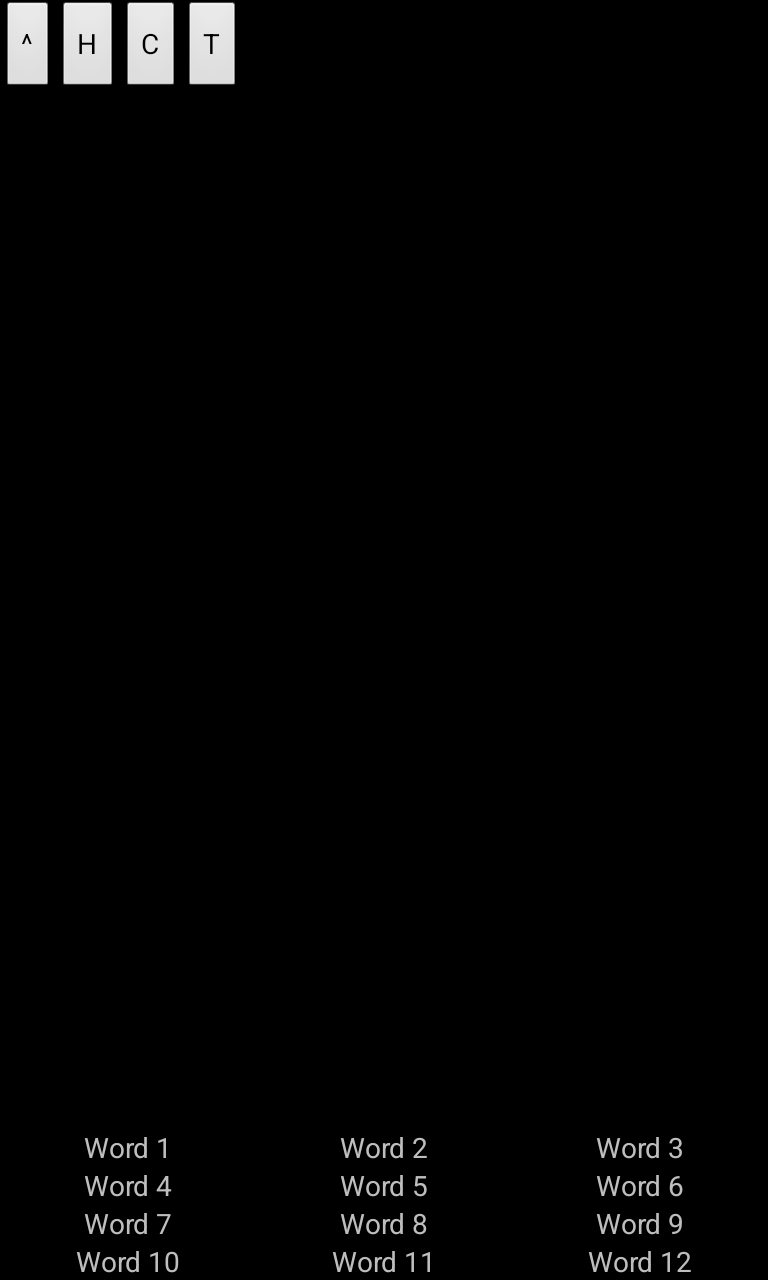
Repository: simplesns/workspace
Layout: eclipse/DEPuzzles/res/layout/wordsearch.xml
These files come from the project's save history. The layout is drawn as it stood at one moment and after the next save; the edit follows.
Pictures or frames that could not be fetched are drawn as grey boxes. It is drawn on a 768 x 1280 px phone screen (xhdpi) without system bars, with theme android:Theme; the app's code is not run.

Above is the layout before, as saved 2011-02-04 10:01:45.

After the next save:
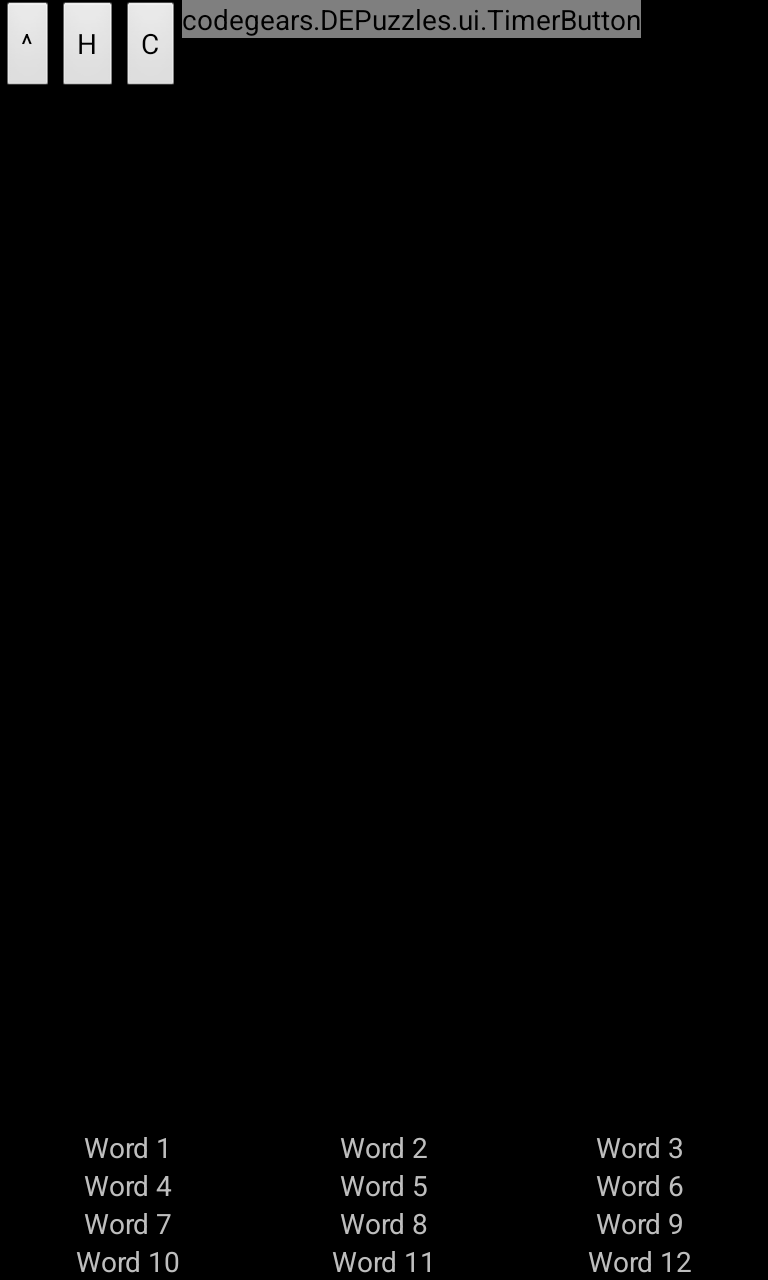
Saved 10 min 32 s later.
--- a/eclipse/DEPuzzles/res/layout/wordsearch.xml
+++ b/eclipse/DEPuzzles/res/layout/wordsearch.xml
@@ -10,8 +10,8 @@
 			android:layout_width="wrap_content" android:layout_height="wrap_content"></Button>
 		<Button android:text="C" android:id="@+id/Button03"
 			android:layout_width="wrap_content" android:layout_height="wrap_content"></Button>
-		<Button android:text="T" android:id="@+id/Button04"
-			android:layout_width="wrap_content" android:layout_height="wrap_content"></Button>
+		<codegears.DEPuzzles.ui.TimerButton android:text="T" android:id="@+id/Button04"
+			android:layout_width="wrap_content" android:layout_height="wrap_content"></codegears.DEPuzzles.ui.TimerButton>
 	</LinearLayout>
 	<LinearLayout android:id="@+id/LinearLayout02"
 		android:layout_height="wrap_content" android:layout_width="fill_parent" android:layout_weight="1"></LinearLayout>
